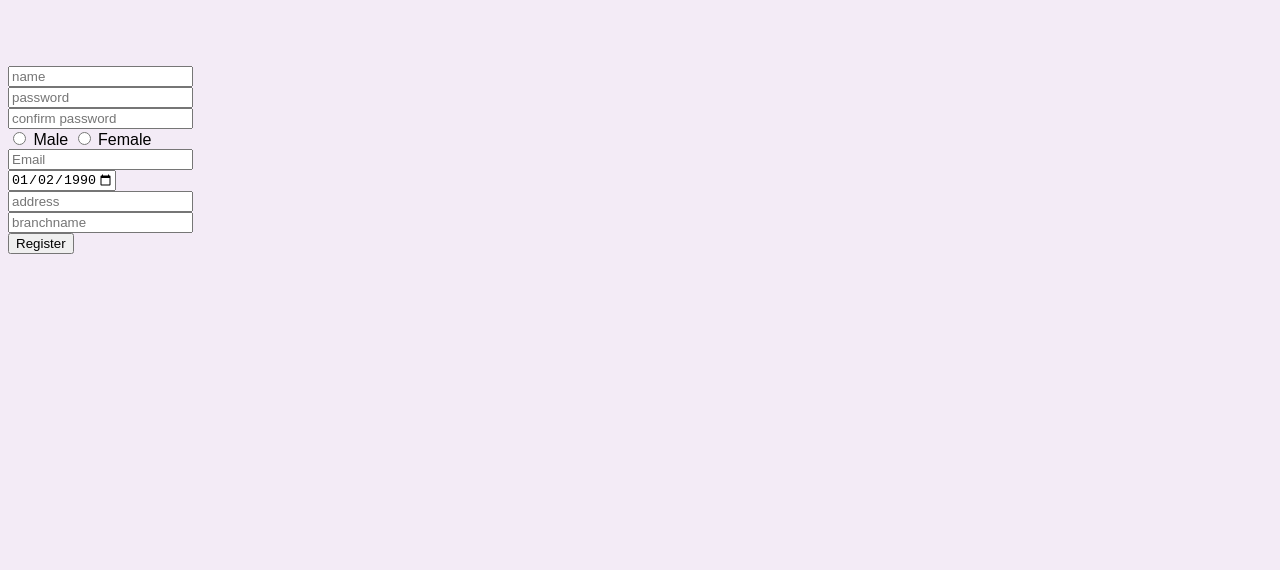
Repository: anujs099/bankingapp
Page: banking-application-final/WebContent/Register.html
These files come from the project's save history. The page is drawn as it stood at one moment and after the next save; the edit follows.
The browser window is 1280 px wide. The pictures show the whole page.

Above is the page before, as saved 2021-03-04 13:40:32.

After the next save:
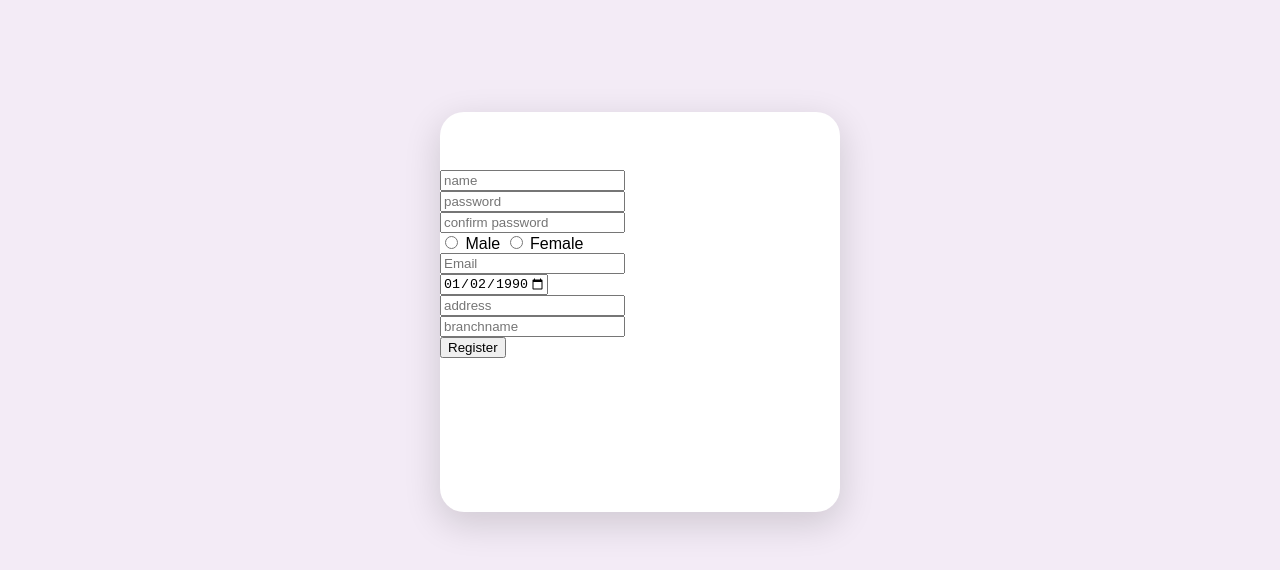
Saved 10 s later.
--- a/banking-application-final/WebContent/Register.html
+++ b/banking-application-final/WebContent/Register.html
@@ -6,7 +6,7 @@
 <link rel="stylesheet" href="LoginFile.css">
 </head>
 <body>
-<div class="body">
+<div class="main">
 <Form action="registerservlet" method="post" class="form1"><br>
 <input type="text" placeholder="name" name="firstname"><br>
 <input type="password" placeholder="password" name="password"><br>
